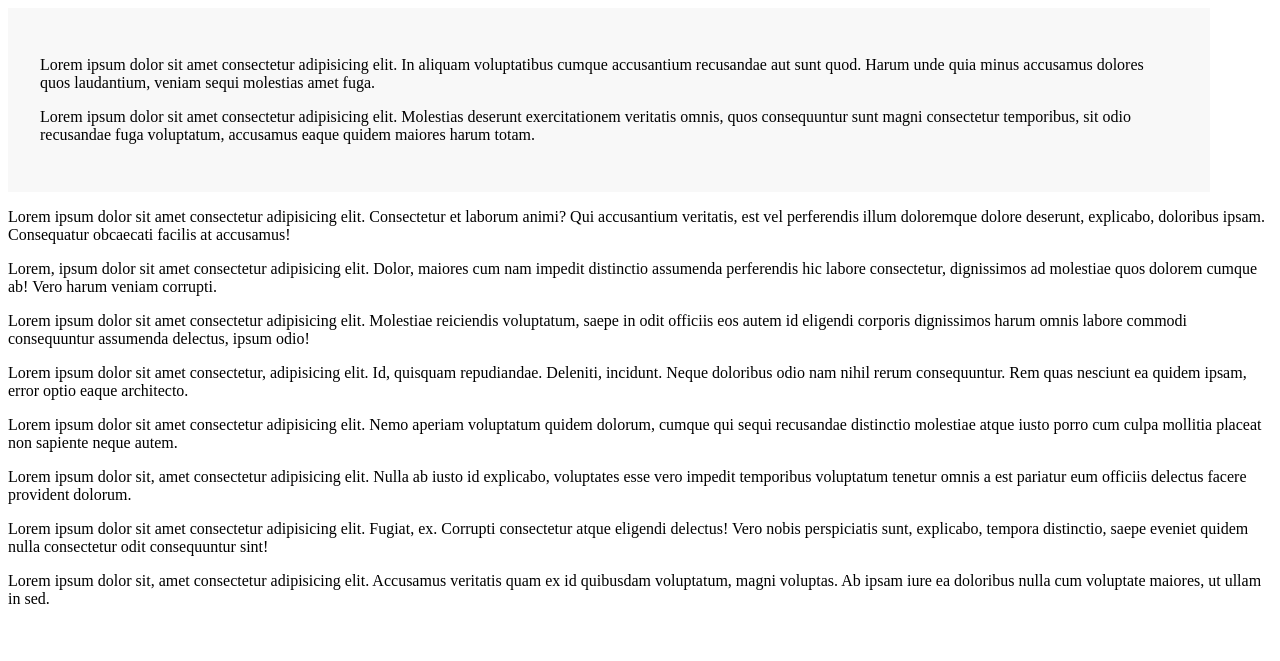
Repository: HTML-a-CSS-2/projekt-portfolio-Angelina555555
Page: .github/index.html
An editor plug-in stored every save of this project. The page is shown before and after the next save, followed by the edit.
The browser window is 1280 px wide. The pictures show the whole page.

Above is the page before, as saved 2022-05-07 21:31:55.

### .github/index.html
<!DOCTYPE html>
<html lang="en">
  <head>
    <meta charset="UTF-8" />
    <meta http-equiv="X-UA-Compatible" content="IE=edge" />
    <meta name="viewport" content="width=device-width, initial-scale=1.0" />
    <link rel="stylesheet" href="default.css" />
    <title>Document</title>
  </head>
  <body>
    <div class="blok">
      <p class="blok__element-jedna prvni-blok__element-jedna--fialovy">
        Lorem ipsum dolor sit amet consectetur adipisicing elit. In aliquam
        voluptatibus cumque accusantium recusandae aut sunt quod. Harum unde
        quia minus accusamus dolores quos laudantium, veniam sequi molestias
        amet fuga.
      </p>
      <p class="blok__element-dva">
        Lorem ipsum dolor sit amet consectetur adipisicing elit. Molestias
        deserunt exercitationem veritatis omnis, quos consequuntur sunt magni
        consectetur temporibus, sit odio recusandae fuga voluptatum, accusamus
        eaque quidem maiores harum totam.
      </p>
    </div>
    <div class="article">
      <p class="article__element-tri">
        Lorem ipsum dolor sit amet consectetur adipisicing elit. Consectetur et
        laborum animi? Qui accusantium veritatis, est vel perferendis illum
        doloremque dolore deserunt, explicabo, doloribus ipsam. Consequatur
        obcaecati facilis at accusamus!
      </p>
      <p class="article__element-ctry">
        Lorem, ipsum dolor sit amet consectetur adipisicing elit. Dolor, maiores
        cum nam impedit distinctio assumenda perferendis hic labore consectetur,
        dignissimos ad molestiae quos dolorem cumque ab! Vero harum veniam
        corrupti.
      </p>
    </div>
    <div class="print">
      <p class="print__element-pet">
        Lorem ipsum dolor sit amet consectetur adipisicing elit. Molestiae
        reiciendis voluptatum, saepe in odit officiis eos autem id eligendi
        corporis dignissimos harum omnis labore commodi consequuntur assumenda
        delectus, ipsum odio!
      </p>
      <p class="print__element-sest">
        Lorem ipsum dolor sit amet consectetur, adipisicing elit. Id, quisquam
        repudiandae. Deleniti, incidunt. Neque doloribus odio nam nihil rerum
        consequuntur. Rem quas nesciunt ea quidem ipsam, error optio eaque
        architecto.
      </p>
    </div>
    <div class="leader">
      <p class="leader__element-sedm">
        Lorem ipsum dolor sit amet consectetur adipisicing elit. Nemo aperiam
        voluptatum quidem dolorum, cumque qui sequi recusandae distinctio
        molestiae atque iusto porro cum culpa mollitia placeat non sapiente
        neque autem.
      </p>
      <p class="leader__element-osm">
        Lorem ipsum dolor sit, amet consectetur adipisicing elit. Nulla ab iusto
        id explicabo, voluptates esse vero impedit temporibus voluptatum tenetur
        omnis a est pariatur eum officiis delectus facere provident dolorum.
      </p>
    </div>
    <div class="buttom">
      <p class="buttom__element-devet">
        Lorem ipsum dolor sit amet consectetur adipisicing elit. Fugiat, ex.
        Corrupti consectetur atque eligendi delectus! Vero nobis perspiciatis
        sunt, explicabo, tempora distinctio, saepe eveniet quidem nulla
        consectetur odit consequuntur sint!
      </p>
      <p class="buttom__element-deset">
        Lorem ipsum dolor sit, amet consectetur adipisicing elit. Accusamus
        veritatis quam ex id quibusdam voluptatum, magni voluptas. Ab ipsam iure
        ea doloribus nulla cum voluptate maiores, ut ullam in sed.
      </p>
    </div>
  </body>
</html>

### .github/default.css
.blok {
  width: 90%;
  background-color: #f8f8f8;
  padding: 2rem;
}

.article {
}

.print {
}

.leader {
}

.buttom {
}

After the next save:
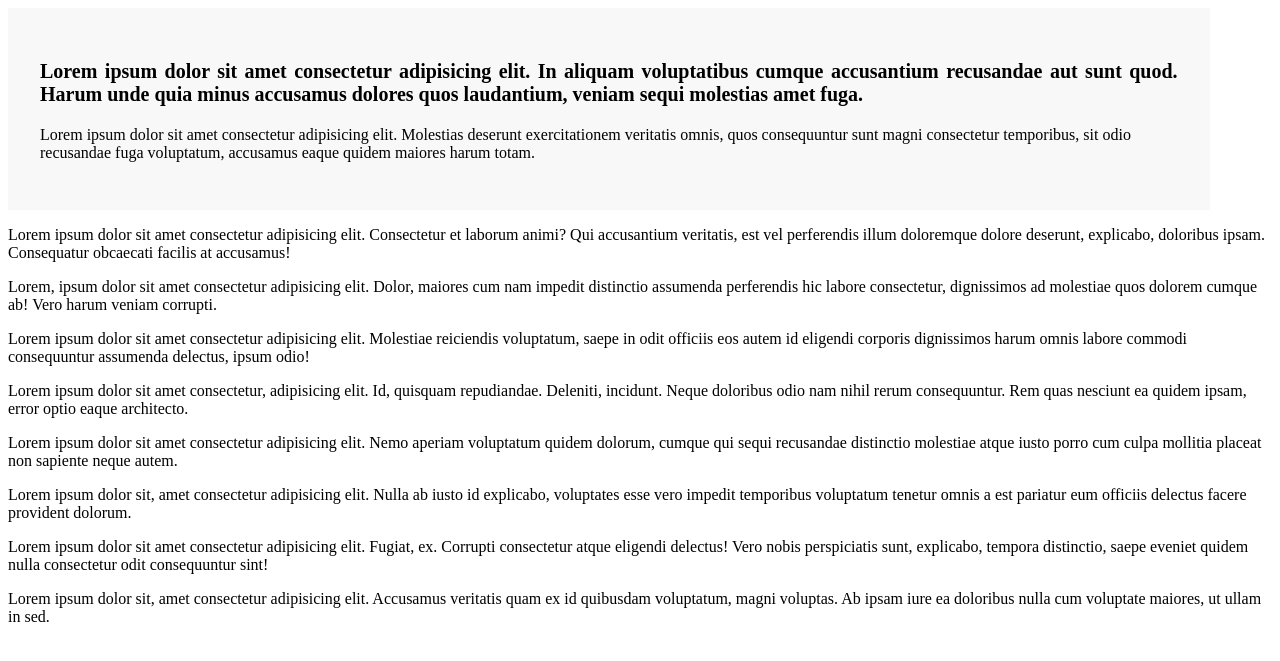
Saved 2 min 29 s later.
--- a/.github/default.css
+++ b/.github/default.css
@@ -2,6 +2,12 @@
   width: 90%;
   background-color: #f8f8f8;
   padding: 2rem;
+}
+
+.blok__element-jedna {
+  font-size: 20px;
+  font-weight: 800;
+  text-align: justify;
 }
 
 .article {
